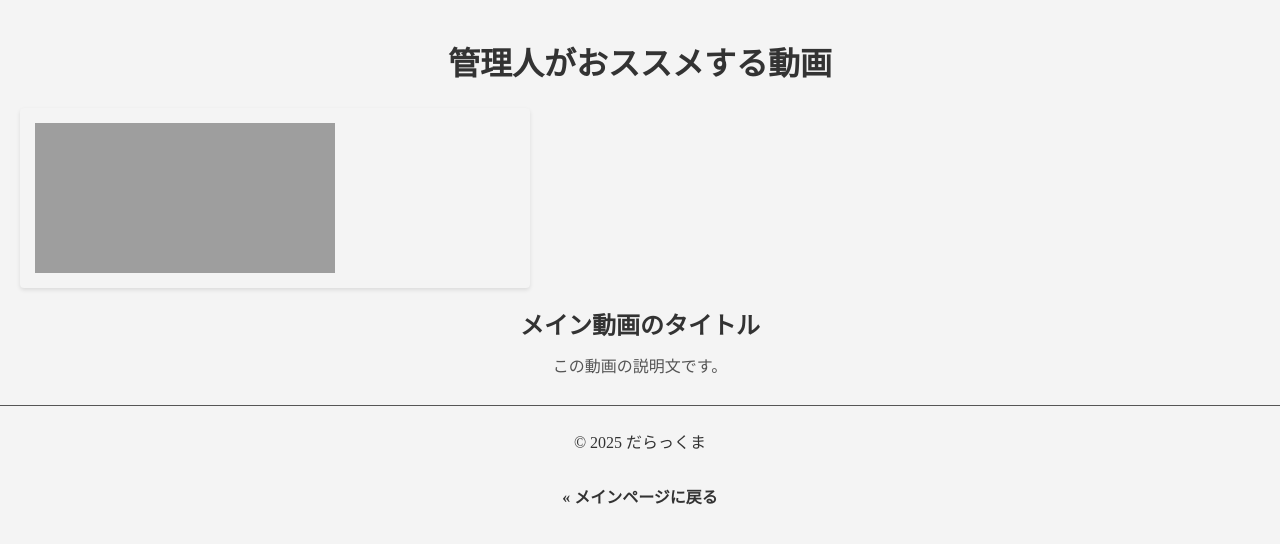
Repository: rydeen7907/html
Page: movie_link.html
The author's editor kept a copy of each file at every save. The page is drawn from the files as they stood at one save, then again after the next save.
The browser window is 1280 px wide. The pictures show the whole page.
Pictures or frames that could not be fetched are drawn as grey boxes.

Above is the page before, as saved 2025-04-29 18:10:19.

### movie_link.html
<!DOCTYPE html>
<html lang="ja">
<head>
    <meta charset="UTF-8">
    <meta name="viewport" content="width=device-width, initial-scale=1.0">
    <title>運営者お気に入りの動画リンク</title>
    <link rel="stylesheet" href="style.css">
</head>
<body>

<header>
    <h1>管理人がおススメする動画</h1>
</header>

<div class="video-item">
    <iframe src="https://www.youtube.com/embed/VIDEO_ID" title="YouTube video player" frameborder="0" allow="accelerometer; autoplay; clipboard-write; encrypted-media; gyroscope; picture-in-picture; web-share" allowfullscreen></iframe>
</div>

<div class="video-info">
    <div class="video-title">メイン動画のタイトル</div>
    <div class="video-description">この動画の説明文です。</div>
</div>

<footer class="social-links">
    <p>&copy; 2025 だらっくま</p>
    <a href="index.html">&laquo; メインページに戻る</a>
</footer>

</body>
</html>

### style.css
/* 基本スタイル */
:root {
    /* 色の設定 */
    --text-color-dark: #333; /*  */
    --text-color-light: #555; /*  */
    --background-color: #f4f4f4; /*  */
    --background-color-scroll: aqua; /*  */
    --link-color: #333; /* リンクの色 */
    --link-color-hover: #ff8000; /* ホバー時のリンク色 */

/* タイポグラフィ */
    --font-family: Arial, sans-serif; /* フォントファミリー */
    --line-height-base: 1.5; /* 行間を調整 (例：1.5倍 px,%,emでも可能) */
    --font-size-small: 12px; /* フォントサイズを小さく */
    --font-size-base: 16px; /* 基本フォントサイズ */
    --font-size-large: 24px; /* 大きなフォントサイズ */
    --font-size-xlarge: 32px; /* 特大フォントサイズ */

/* 余白 */
    --margin-xs: 5px; /* 小さなマージン */
    --margin-s: 10px; /* 基本マージン */
    --margin-m: 15px; /* 中くらいのマージン */
    --margin-l: 20px; /* 大きなマージン */
    --margin-xl: 25px; /* 特大マージン */
    --margin-xxl: 40px; /* 特特大マージン */
    --margin-xxxl: 50px; /* 特特特大マージン */
}

body {
    margin: 0; /* ブラウザデフォルトのマージンをリセット */
    padding: 0; /* ブラウザデフォルトのパディングをリセット */
    padding-bottom: var(--margin-xxxl); /* ページ下部のパディングを追加 */
    font-family: var(--font-size-base);
    line-height: var(--line-height-base); /* 行間を読みやすく調整 (例：2.0倍 px,%,emでも可能) */
    color: var(--text-color-dark); /* 文字色を濃いグレーに設定 */
    background-color: var(--background-color); /* 背景色を薄いグレーに設定 */
}

/* ヘッダー */
.header-image {
    display: block; /* 中央配置のためブロック要素に */
    width: 100%;
    /* max-width: auto; は width: 100%; があれば不要 */
    height: 400px;
    margin: 0 auto; /* 上下のマージンは０、左右は自動で中央揃え */
    object-fit: cover; /* 画像のアスペクト比を維持、要素に合わせる */
}

/* 画像の説明文 */
.image-caption {
    padding-top: var(--margin-xs); /* 上部のパディングを追加 */
    padding-bottom: var(--margin-xs); /* 下部のパディングを追加 */
    padding-left: var(--margin-m);    /* 左側のパディングを追加 */
    padding-right: var(--margin-m); /* 右側のパディングを追加 */

    margin-top: var(--margin-xs); /* 上部のマージンを追加 */
    margin-bottom: var(--margin-xl); /* 下部のマージンを追加 */
    font-size: var(--font-size-small); /* フォントサイズを小さく */
    color: var(--text-color-light); /* 文字色を薄いグレーに */
    text-align: right; /* 右寄せ */
}

/* 画像キャプション内のリンク */
.image-caption a {
    color: inherit; /* リンクの色 */
    text-align: right;
    text-decoration: none; /* 下線を削除 */
}

.image-caption a:hover,
.image-caption a:focus {
    color: var(--link-color-hover); /* ホバー時のリンク色 */
    text-decoration: underline; /* 下線を追加 */
}

/* スクロールテキストコンテナ */
.scrolling-text-container {
    width: 100%; /* 幅 */
    height: 55px; /* 高さ */
    margin-bottom: var(--margin-xxl); /* 下部のマージンを追加 */
    padding-top: var(--margin-xs); /* 上部のパディングを追加 */
    padding-bottom: var(--margin-s); /* 下部のパディングを追加 */
    box-sizing: border-box; /* パディングとボーダーを含めたサイズ計算 */
    background-color: var(--background-color-scroll); /* 背景色をアクアに設定 */
    overflow: hidden; /* はみ出た部分を隠す */
}

/* スクロールテキスト */
.scrolling-text {
    display: inline-block; /* インラインブロック要素に設定 */
    margin: 0; /* コンテナ内でのマージンを削除 */
    padding-left: 100%; /* 開始位置を右側に設定 */
    font-size: var(--font-size-large); /* フォントサイズ */
    font-weight: bold; /* 太字に設定 */
    color: var(--text-color-dark); /* 文字色を濃いグレーに */
    white-space: nowrap; /* 折り返し禁止 */
    animation: scroll-left 25s linear infinite; /* アニメーションを適用 */
}

/* スクロールアニメーションの定義 */
@keyframes scroll-left {
    0% {
        transform: translateX(0); /* 開始位置 */
    }
    100% {
        /* テキスト自身の幅だけ左に移動させる */
        transform: translateX(-150%);
    }
}

/* メインコンテンツ */
h1 {
    margin: var(--margin-xxl) 0 var(--margin-l); /* 上下のマージンを追加 */
    font-size: var(--font-size-xlarge); /* フォントサイズ */
    font-weight: bold; /* 太字に設定 */
    text-align: center; /* 中央配置 */
    color: var(--text-color-dark); /* 文字色を濃いグレーに */
}

main h2 {
    margin-left: var(--margin-m); /* 左側のマージンを追加 */
    text-align: left; /* 左寄せ */
}

/* リンクリストのスタイル */
main .link-list {
    list-style: none;
    padding-left: 0;
    margin-left: var(--margin-s);
    text-align: left;
}

/* リストアイテム下の余白 */
main .link-list li {
    margin-bottom: var(--margin-xs); /* 各リンク間 縦方向の余白 */
}

/* 段落 p */
p {
    margin: var(--margin-m) 0 ; /* 上下のマージンを追加 */
    padding-bottom: var(--margin-s);
    text-align: center; /* 中央配置 */
    font-size: var(--font-size-base); /* フォントサイズ */
}

main p{
    margin-left: var(--margin-xxxl); /* 左側のマージンを追加 */
    text-align: left; /* 左寄せ */
    font-size: var(--font-size-base); /* フォントサイズ */
}

/* ページナビゲーション(横並び) */
.page-navigation {
    text-align: center; /* 中央配置 */
    margin-top: var(--margin-l);
    margin-bottom: var(--margin-l);
}

.page-navigation a {
    display: inline-block; /* インラインブロック要素に設定 */
    margin: 0 var(--margin-s); /* 左右のマージンを追加 */
    font-size: var(--font-size-base); /* フォントサイズ */
    font-weight: bold; /* 太字に設定 */
    /* text-align: center; /* 中央配置 */
    text-decoration: none; /* 下線を削除 */
    transition: color 0.3s; /* ホバー時の色変更にトランジションを追加 */
}

/* ホバー時のスタイル */
.page-navigation a:hover,
.page-navigation a:focus {
    color: var(--link-color-hover); /* ホバー時の文字色をオレンジに変更 */
    text-decoration: underline; /* 下線を追加 */
}

/* リンク a */
a {
    display: block;
    color: var(--link-color); /* 文字色を赤に */
    margin: var(--margin-s) auto; /* 上部のマージンを追加 */
    font-size: var(--font-size-base); /* フォントサイズ */
    font-weight: bold; /* 太字に設定 */
    text-align: left;
    text-decoration: none; /* 下線を削除 */
    transition: color 0.3s; /* ホバー時の色変更にトランジションを追加 */
}

/* ホバー時のスタイル */
a:hover,
a:focus { /* ホバーとフォーカス時に適用するスタイル */
    color: var(--link-color-hover); /* ホバー時の文字色をオレンジに変更 */
    text-decoration: underline; /* 下線を追加 */
}

/* SNS リンク */
.social-links {
    text-align: center;
    margin: var(--margin-xl) 0; /* 上下のマージンを追加 */
    padding-bottom: var(--margin-s); /* 上下のパディングを追加 */
    border-top: 1px solid var(--text-color-light); /* 上部に薄いグレーのボーダーを追加 */
    padding-top: var(--margin-s); /* 上部のパディングを追加 */
}

.social-links h2 {
    font-size: var(--font-size-base); /* フォントサイズ */
    color: var(--text-color-dark); /* 文字色を濃いグレーに */
    margin: var(--margin-s) 0; /* 上下のマージンを追加 */
    font-weight: normal; /* 太字に設定 */
}

.social-links ul {
    list-style: none; /* リストのマークを削除 */
    padding: 0; /* パディングを削除 */
    margin: 0; /* マージンを削除 */
}

.social-links li {
    display: inline-block; /* 横並び */
    margin: 0 var(--margin-s); /* 左右のマージンを追加 */
}

/* SNSリンク 固有のスタイル */
.social-links a {
    display: inline-block; /* クリック範囲を確保 */
    line-height: 1; /* 画像のベースラインを揃えるのに役立つ */
    /* color: var(--link-color); /* リンクの色 */
    text-decoration: none; /* 下線を削除 */
    /*font-size: var(--font-size-base); /* フォントサイズ */
    transition: opacity 0.5s; /* ホバー時の透明度変更 (テキスト：color 0.3s)*/
}

.social-icon {
    width: 48px; /* アイコンの幅 */
    height: 48px; /* アイコンの高さ */
    vertical-align: middle; /* 他のアイコンと並んだ場合の垂直配置を中央に */
    /*object-fit: cover; /* 画像のアスペクト比を維持、要素に合わせる */
}

/* ホバー時のスタイル */
.social-links a:hover,
.social-links a:focus {
    /* color: var(--link-color-hover); /* ホバー時の文字色をオレンジに変更 */
    /* text-decoration: underline; /* 下線を追加 */
    opacity: 0.7; /* ホバー時の透明度を変更 */
}

/* 動画コンテナのスタイル*/
.video-item {
    display: flex;
    align-items: flex-start;
    gap: 15px;
    margin: 20px; /* 上下左右のマージン 左右はautoで中央寄せ */
    max-width: 480px;
    padding: 15px; /* 内側の余白 */
    background-color: var(--background-color); /* 背景色を薄いグレーに設定 */
    border-radius: 4px; /* 角を丸める*/
    box-shadow: 0 2px 4px rgba(0, 0, 0, 0.1); /* 影を追加 */
}

/* 動画フレームのスタイル */
.video-frame {
    width: 100%; /* 動画フレームの幅 */
    flex-shrink: 0;
}

/* iframeのスタイル */
.video-flame iframe {
    width: 100%; /* .video-frame の幅に合わせる*/
    aspect-ratio: 16 / 9;
    display: block;
    border: none;
    border-radius: 5px;
}

.video-info{
    flex-grow: 1; /* 残りのスペースを占有 */
    text-align: center;
}

/* 動画情報のスタイル */
/*.video-title .video-description {
    flex-grow: 1;
    text-align: left;
} */

/* 動画タイトルのスタイル*/
.video-title {
    margin-top: 0;
    margin-bottom: 10px;
    font-size: 24px;
    font-weight: bold;
}

/* 動画説明文 */
.video-description {
    color: #555;
    font-size: 16px;
    line-height: 1.6;
}

/* レスポンシブ対応 */
@media (max-width: 480px) {
    .video-item {
        flex-direction: column;
        align-items: stretch;
        max-width: 100%;
        margin: 20px auto;
        padding: 15px;
        gap: 10px;
    }

    .video-frame {
        width: 100%;
        flex-shrink: initial;
    }

    .video-title {
        font-size: 16px;
    }

    .video-description {
        font-size: 14px;
    }
}

After the next save:
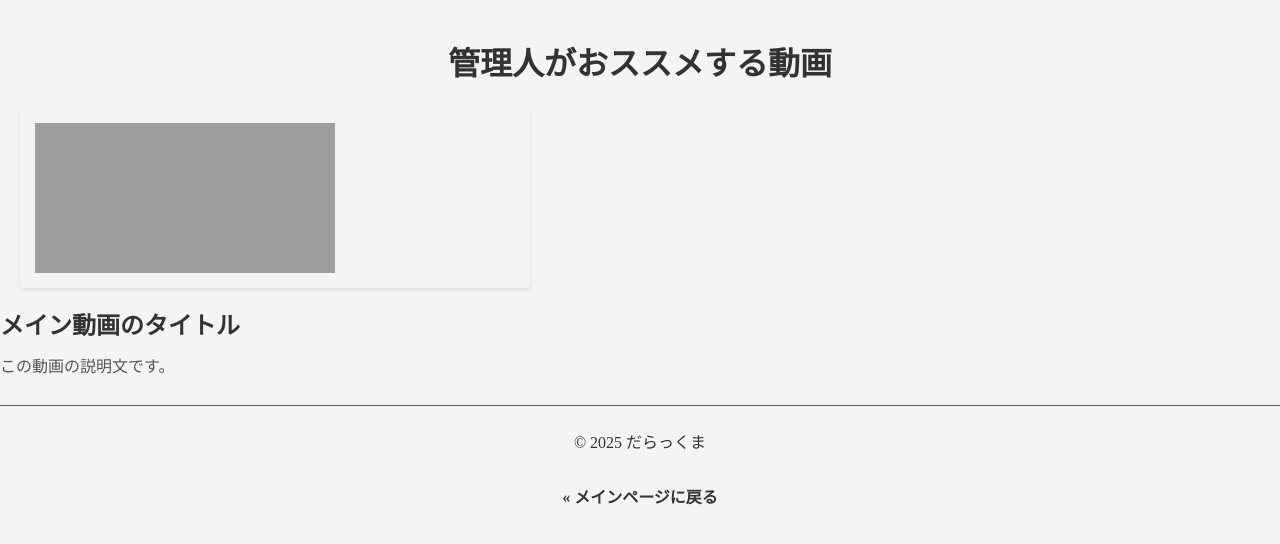
Saved 116 s later.
--- a/style.css
+++ b/style.css
@@ -274,7 +274,7 @@ a:focus { /* ホバーとフォーカス時に適用するスタイル */
 
 .video-info{
     flex-grow: 1; /* 残りのスペースを占有 */
-    text-align: center;
+    text-align: ;
 }
 
 /* 動画情報のスタイル */
